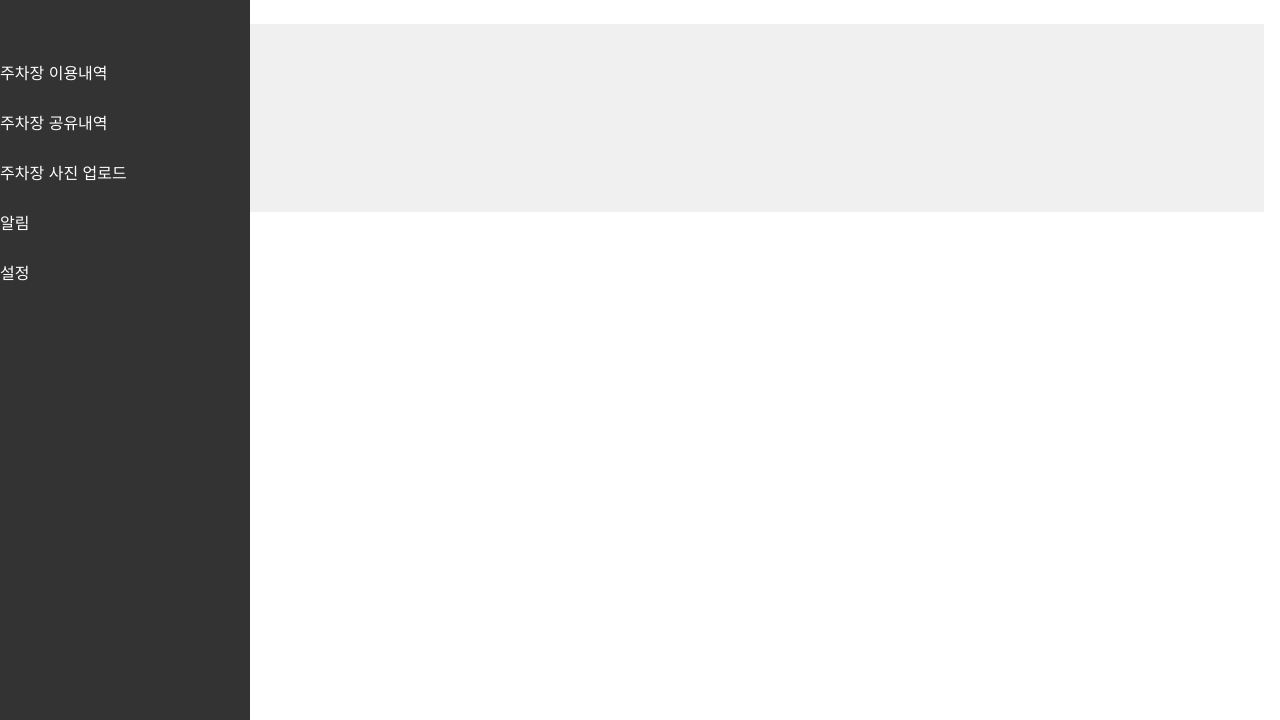
Repository: ohjjoa/reactTest
Page: /, after clicking the first element matching `img`
An editor plug-in stored every save of this project. The page is shown before and after the next save, followed by the edit.
The browser window is 1280 px wide. The pictures show the whole page.
The project was rebuilt for these pictures with package versions that can differ from the ones it lists, and the page was loaded fresh each time.

Above is the page before, as saved 2024-08-02 04:37:07.

After the next save:
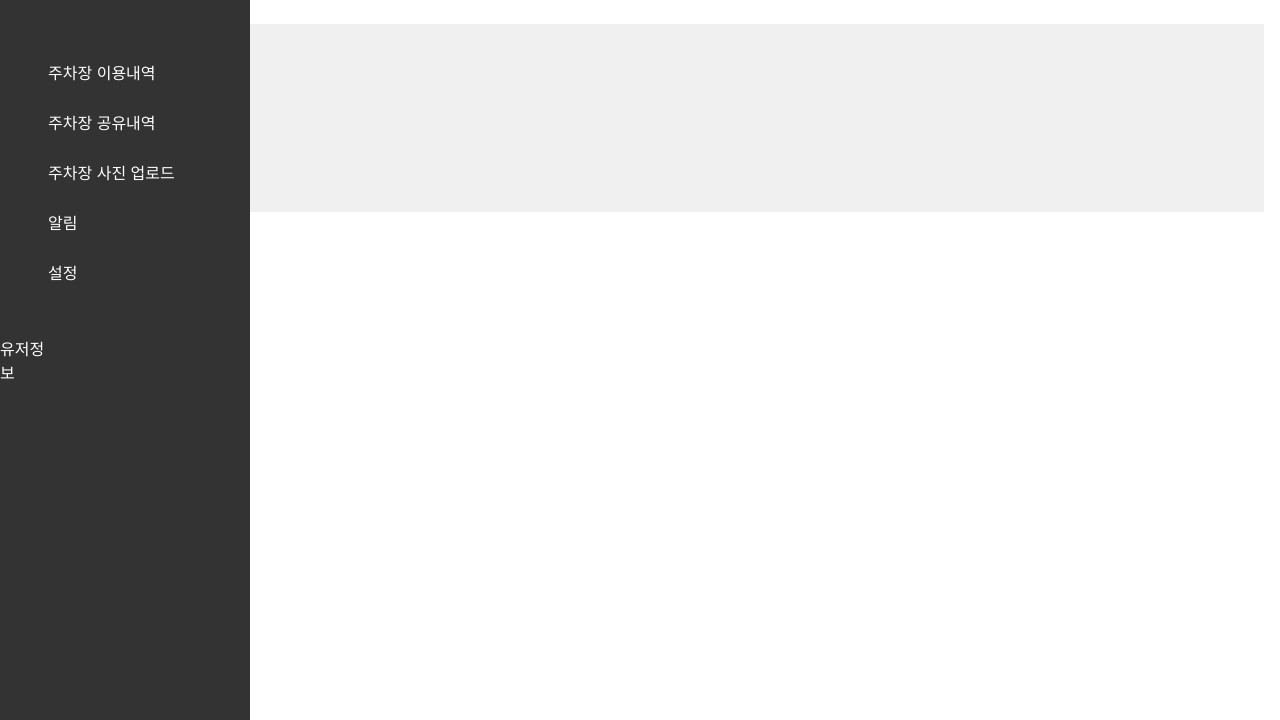
Saved 3 min 23 s later.
--- a/src/pages/Home/index.tsx
+++ b/src/pages/Home/index.tsx
@@ -79,6 +79,9 @@ const Home = () => {
 
       {sideBarOpen && (
         <SidebarOpen ref={sidebarRef}>
+          <div>
+            유저정보
+          </div>
           <List
             height={600} // 사이드바의 높이
             itemCount={items.length} // 아이템 수
